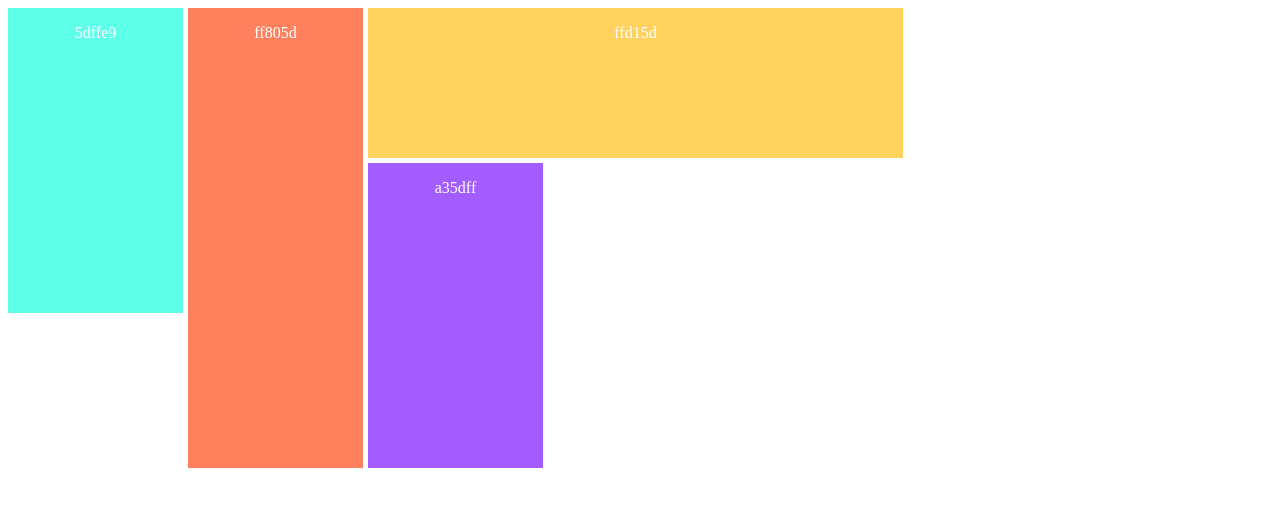
Repository: YoussefElsaygh/metrostyle
Page: index.html
The author's editor kept a copy of each file at every save. The page is drawn from the files as they stood at one save, then again after a run of saves.
The browser window is 1280 px wide. The pictures show the whole page.

Above is the page before, as saved 2019-12-16 03:50:52.

### index.html
<!DOCTYPE html>
<html lang="en">
<head>
    <meta charset="UTF-8">
    <meta name="viewport" content="width=device-width, initial-scale=1.0">
    <meta http-equiv="X-UA-Compatible" content="ie=edge">
    <link  type="text/css" rel="stylesheet" href="index.css"/>

    <title>MetroStyle Colors</title>
</head>
<body>
 <div class="wrapper" id="wrapper"></div>
</body>
<script src="index.js"></script>
</html>

### index.css
.wrapper {
    overflow-x: scroll;
    overflow-y: hidden;
    width: 100%;
    display: grid;
    grid-gap: 5px;
    grid-template-columns:repeat(5,175px);
    grid-template-rows:repeat(3, 150px);
  }

### index.js
var scoperows=3;
var scopecols=1;
var scopeimages=[{
    type: 2,
    data: {
        clickCallback: () => {
            console.log("item clicked ");
        },
        backgroundStyle: {
            backgroundColor: "#5dffe9"
        },
        text: {
            label: "5dffe9",
            textStyle: {
                color: "white"
            }
        },
    },
},
{
    type: 3,
    align:'vertical',

    data: {
        backgroundStyle: {
            backgroundColor: "#ff805d"
        },
        clickCallback: () => {
            console.log("item clicked ");
        },
        text: {
            label: "ff805d",
            textStyle: {
                color: "White"
            }
        }

    }},{
        type: 3,
        align:'horizontal',

        data: {
            backgroundStyle: {
                backgroundColor: "#ffd15d"
            },
            clickCallback: () => {
                console.log("item clicked ");
            },

            text: {
                label: "ffd15d",
                textStyle: {
                    color: "White"
                }
            }

        }},{
            type: 2,
            align:'vertical',

            data: {

                clickCallback: () => {
                    console.log("item clicked ");
                },
                backgroundStyle: {
                    backgroundColor: "#a35dff"
                },
                text: {
                    label: "a35dff",
                    textStyle: {
                        color: "White"
                    }
                }

            }}]

                var scopegridView = new Array(scoperows);
                            for (let i = 0; i < scopegridView.length; i++) {
                                scopegridView[i] = new Array(scopecols);
                                for (let j = 0; j < scopegridView[i].length; j++) {
                                    scopegridView[i][j] = 0;
                                }
                            }

                            for (let i = 0; i < scopeimages.length; i++) {
                                draw(scopeimages[i]);
                            }

            function setStyle(elem, propertyObject) {
                for (var property in propertyObject)
                    elem.style[property] = propertyObject[property];
            }

            function populateDataInField({row, col, img, divStyle, imageStyle}) {
                 if(img.align=='horizontal') {
                    for (let i = 0; i < img.type; i++) {
                        scopegridView[row][col + i] = 1;
                    }
                }
                else{
                    for (let i = 0; i < img.type; i++) {
                        scopegridView[row + i][col] = 1;
                    }
                }

                let div = document.createElement("DIV");
                let image = document.createElement("IMG");
                let paragraph = document.createElement("P");

                setStyle(div, divStyle);

                if (img.data) {
                    div.onclick = img.data.clickCallback;
                    setStyle(div, img.data.backgroundStyle);
                    if (img.data.imageSource) {
                        /**
                         * In case of full block image
                         * @type {string}
                         */
                        image.src = img.data.imageSource;
                        image.onerror = function() {
                            if(img.data.imageErrSrc){
                            image.src = img.data.imageErrSrc;
                            }

                        }

                        setStyle(image, {
                            maxWidth: "100%",
                            height: "100%",
                            width: "100%",
                            objectFit: "cover",
                            objectPosition:'100% 20%',
                            borderRadius:"5px"

                        });
                        setStyle(image, imageStyle);
                        div.appendChild(image);
                        if (img.data.text && img.data.text.label) {
                            setStyle(paragraph, {
                                position: "relative",
                                top: "-52px",
                                wordBreak: 'break-word'
                            });
                        }
                    } else {
                        /**
                         * In case of small icon only
                         */
                        if (img.data.icon && img.data.icon.iconSource) {
                            image.src = img.data.icon.iconSource;
                            setStyle(image, {
                                maxWidth: "50%",
                                padding: "10px"
                            });
                            setStyle(image, img.data.icon.iconStyle);
                            div.appendChild(image);
                            if (img.data.text && img.data.text.label) {
                                // setStyle(paragraph, {
                                //   paddingTop: ""
                                // });
                            }
                        }
                    }
                    if (img.data.text) {
                        if (img.data.text.label) {
                            paragraph.innerHTML = img.data.text.label;

                            setStyle(paragraph, {
                                textAlign: "center"
                            });
                            setStyle(paragraph, img.data.text.textStyle);

                            div.appendChild(paragraph);
                        }
                    }
                }
                document.getElementById("wrapper").appendChild(div);
            }

            function compareRowArray(col, row, gridView, type) {
                if (type == 0) {
                    return true;
                } else {
                    return (
                        gridView[row + type - 1][col] == 0 &&
                        compareRowArray(col, row, gridView, type - 1)
                    );
                }
            }

            function compareColArray(col, row, gridView, type) {
                if (type == 0) {
                    return true;
                } else {
                    return (
                        gridView[row][col + type - 1] == 0 &&
                        compareColArray(col, row, gridView, type - 1)
                    );
                }
            }

            function addColumn(var_rows, var_cols, gridView) {
                for (let i = 0; i < scoperows; i++) {
                    gridView[i].push(0);
                }
                scopecols++;
            }

            /**
             * return true in case there is no available row
             * @returns {boolean}
             */
            function rowCheckAvaialble(row, type) {
                return row < scoperows - type + 1;
            }

            /**
             * return true in case there is no available column
             * @returns {boolean}
             */
            function colCheckAvaialble(col, type) {
                return col < scopecols - type + 1;
            }

            function checkAvailableSinglePlace() {
                for (var i = 0; i < scoperows; i++) {
                    for (var j = 0; j < scopecols; j++) {
                        if (scopegridView[i][j] == 0) {
                            return true;
                        }
                    }
                }
                return false;
            }

            function checkAvailableVerticalPlace(type) {
                for (let i = 0; i < scoperows; i++) {
                    for (let j = 0; j < scopecols; j++) {
                        if (i + type - 1 < scoperows)
                            if (compareRowArray(j, i, scopegridView, type)) {
                                return true;
                            }
                    }
                }
                return false;
            }

            function checkAvailableTripleHorizontalPlace(type) {
                for (let i = 0; i < scoperows; i++) {
                    for (let j = 0; j < scopecols; j++) {
                        if (j + type - 1 < scopecols)
                            if (compareColArray(j, i, scopegridView, type)) {
                                return true;
                            }
                    }
                }
                return false;
            }

            function rowPopulation({row, col, img}) {
                populateDataInField({
                    row,
                    col,
                    img,
                    divStyle: {
                        gridColumnStart: col + 1,
                        gridColumnEnd: col + 2,
                        gridRowStart: row + 1,
                        gridRowEnd: row + img.type + 1
                        // borderRadius:'5px'
                    }
                });
            }

            function colPopulation({row, col, img}) {
                populateDataInField({
                    row,
                    col,
                    img,
                    divStyle: {
                        gridColumnStart: col + 1,
                        gridColumnEnd: col + 1 + img.type,
                        gridRowStart: row + 1,
                        gridRowEnd: row + 2
                        // borderRadius:'5px'

                    }
                });
            }

            function draw(img) {
                outer_loop: for (let col = 0; col < scopecols; col++) {
                    for (let row = 0; row < scoperows; row++) {
                        switch (img.align) {
                            case 'vertical':
                                case undefined:

                                if (checkAvailableVerticalPlace(img.type)) {
                                    if (rowCheckAvaialble(row, img.type) && compareRowArray(col, row, scopegridView, img.type)) {
                                        rowPopulation({row, col, img});
                                        break outer_loop;
                                    }

                                } else {
                                    addColumn(scoperows, scopecols, scopegridView);
                                }

                                break;
                            case 'horizontal':
                                if (checkAvailableTripleHorizontalPlace(img.type)) {
                                    if (colCheckAvaialble(col, img.type) && compareColArray(col, row, scopegridView, img.type)) {
                                        colPopulation({row, col, img});
                                        break outer_loop;
                                    }

                                } else {
                                    addColumn(scoperows, scopecols, scopegridView);
                                }
                                break;
                                default:
                                        if (
                                                    scopegridView[row][col] != 0 &&
                                                    !checkAvailableSinglePlace()
                                                ) {
                                                    addColumn(scoperows, scopecols, scopegridView);
                                                    break;
                                                }

                                                if (scopegridView[row][col] == 0) {
                                                    scopegridView[row][col] = 1;
                                                    populateDataInField({
                                                        row,
                                                        col,
                                                        img,
                                                        divStyle: {
                                                            gridColumnStart: col + 1,
                                                            gridColumnEnd: col + 2,
                                                            gridRowStart: row + 1,
                                                            gridRowEnd: row + 2
                                                            // borderRadius:'5px',

                                                        }
                                                    });

                                                    break outer_loop;
                                                }
                                    break;
                        }
                    }
                }
            }

After the next 2 saves:
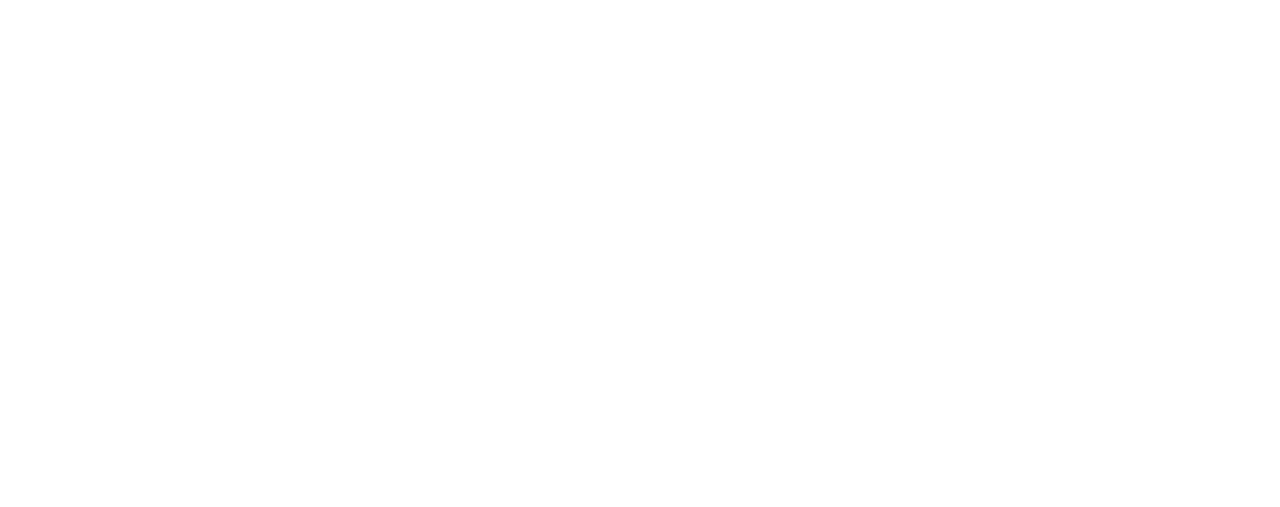
Console error: SyntaxError: Unexpected identifier 'data'
The 2 saves are shown as one change because they came seconds apart.
The last was saved 9 s later.
--- a/index.js
+++ b/index.js
@@ -2,6 +2,7 @@
 var scopecols=1;
 var scopeimages=[{
     type: 2,
+    align:""
     data: {
         clickCallback: () => {
             console.log("item clicked ");

After the 6 saves that followed:
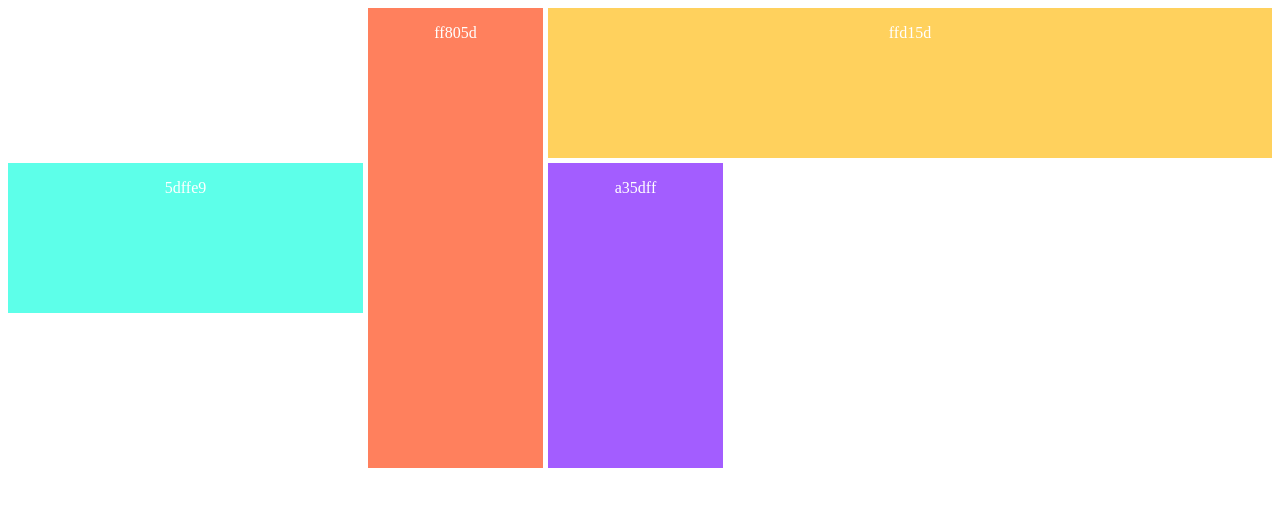
The error is gone.
The 6 saves are shown as one change because 2 left the picture as it was and some came seconds apart.
The last was saved 23 s later.
--- a/index.js
+++ b/index.js
@@ -2,7 +2,8 @@
 var scopecols=1;
 var scopeimages=[{
     type: 2,
-    align:""
+    align:"horizontal",
+    imageSource:"https://cdn.motor1.com/images/mgl/vEJmQ/s4/bmw-i8-m-rendering.jpg",
     data: {
         clickCallback: () => {
             console.log("item clicked ");
